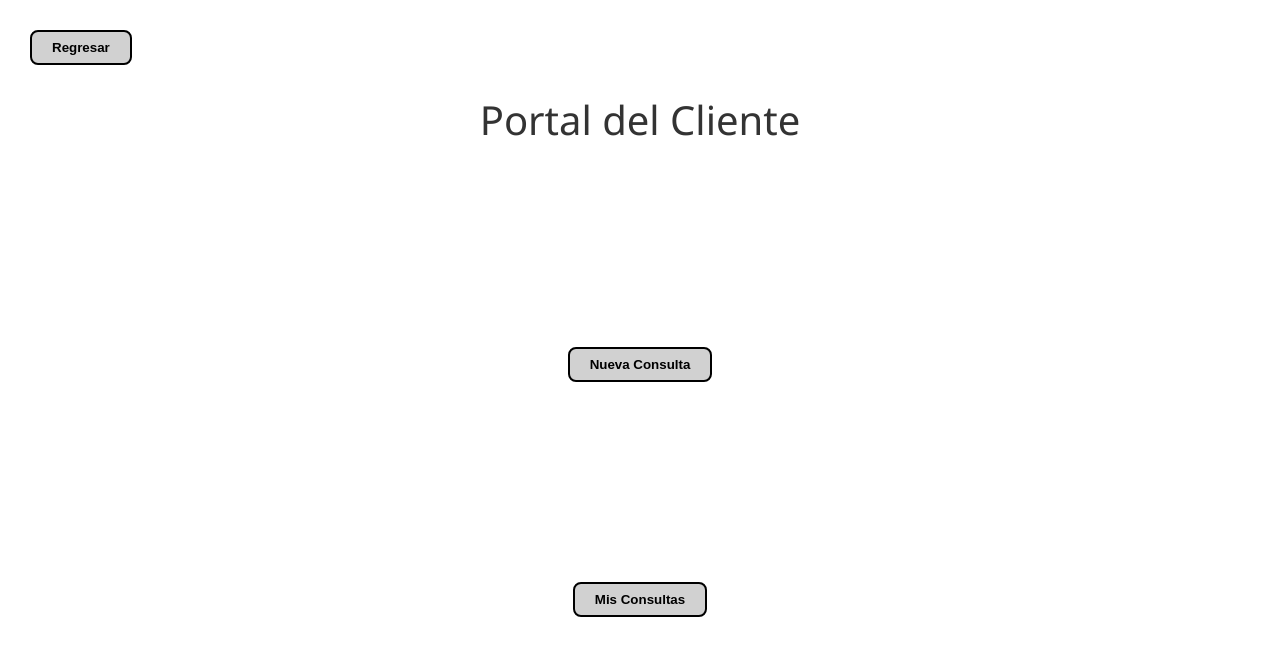
Repository: Devcodery/Trabajo-Fin-de-Grado
Page: http://localhost/Proyecto_Grupo3/vistas/portalCliente.jsp
These files come from the project's save history. The page is drawn as it stood at one moment and after the next save; the edit follows.
The browser window is 1280 px wide. The pictures show the whole page.
The page is served by Tomcat 9.

Above is the page before, as saved 2026-05-06 18:54:23.

After the next save:
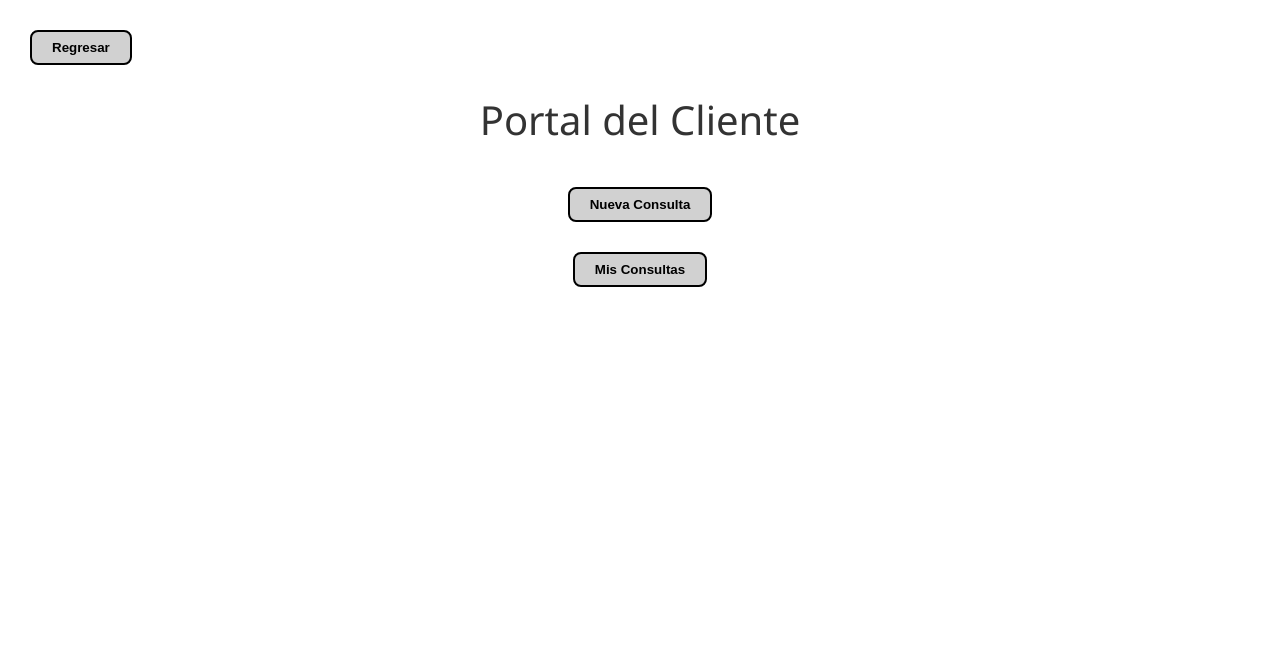
Saved 17 s later.
--- a/java/Proyecto_Grupo3/src/main/webapp/style/style.css
+++ b/java/Proyecto_Grupo3/src/main/webapp/style/style.css
@@ -82,7 +82,7 @@ li:last-child {
 
 .layout {
     display: flex;
-    margin: 200px 200px 30px;
+    margin: auto auto 30px;
 }
 
 .btn-consulta {
